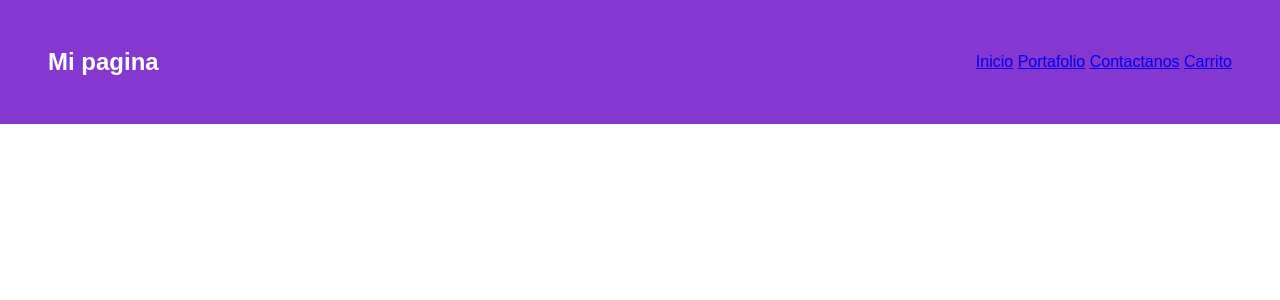
Repository: TzStrikerYT/Dise-o-web-NA00
Page: Proyecto-01/index.html
The author's editor kept a copy of each file at every save. The page is drawn from the files as they stood at one save, then again after the next save.
The browser window is 1280 px wide. The pictures show the whole page.

Above is the page before, as saved 2024-08-21 21:15:08.

After the next save:
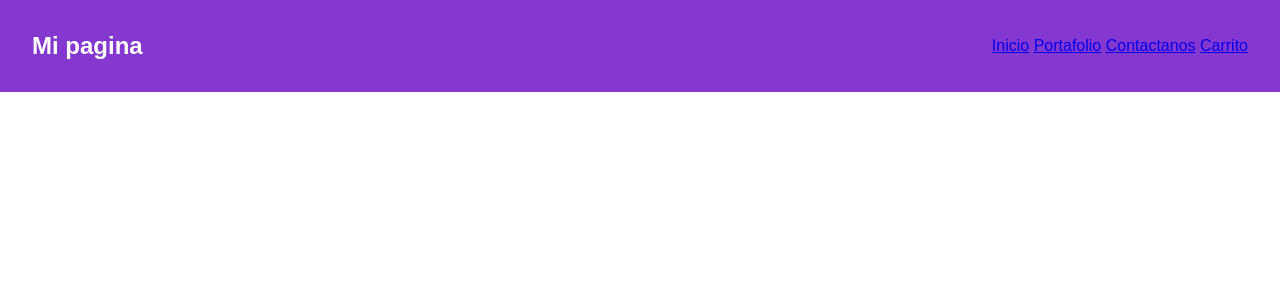
Saved 5 s later.
--- a/Proyecto-01/style.css
+++ b/Proyecto-01/style.css
@@ -11,5 +11,5 @@
     align-items: center;
     background: #8438d0;
     color: #fff;
-    padding: 3rem;
+    padding: 2rem;
 }
